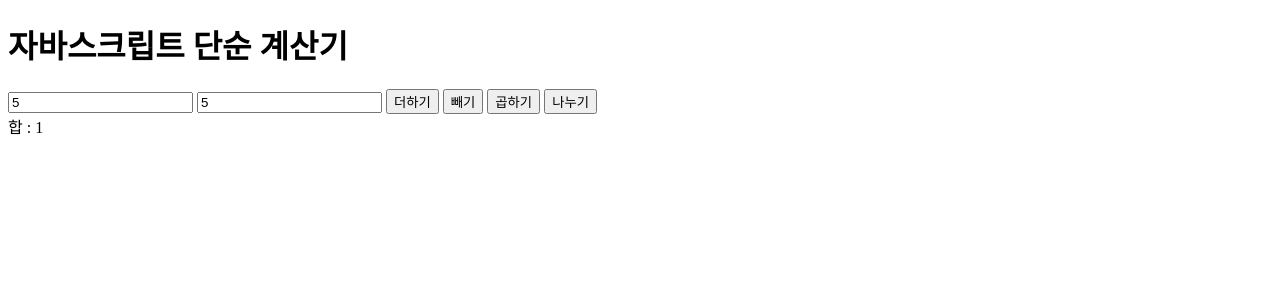
Repository: XenosJM/WEB_CODES
Page: Web03_JavaScript/src/main/webapp/HW1.html
These files come from the project's save history. The page is drawn as it stood at one moment and after the next save; the edit follows.
The browser window is 1280 px wide. The pictures show the whole page.
Empty fields were first filled with sample values (such as "Sample", 5 or name@example.com).
After loading, the first visible `button[onclick="div()"]` was clicked once.

Above is the page before, as saved 2024-03-20 05:48:58.

After the next save:
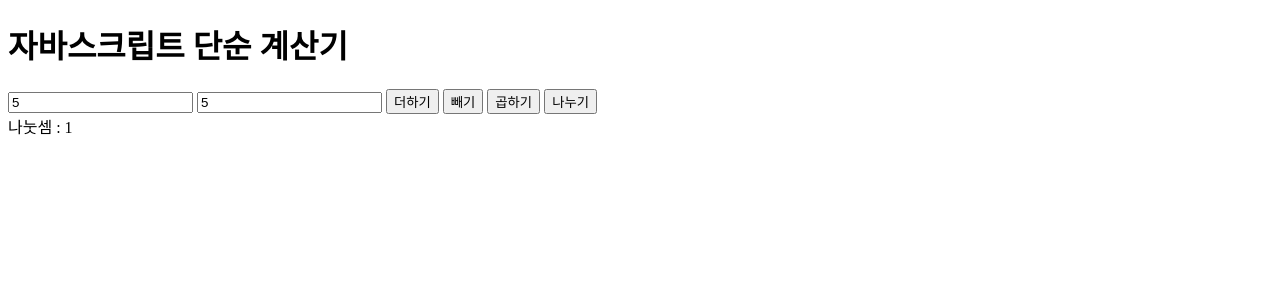
Saved 4 s later.
--- a/Web03_JavaScript/src/main/webapp/HW1.html
+++ b/Web03_JavaScript/src/main/webapp/HW1.html
@@ -68,7 +68,7 @@
 			console.log(y);
 			console.log(typeof y);
 			let sum = x / y;
-			output.innerHTML += '합 : ' + sum + '<br>';
+			output.innerHTML += '나눗셈 : ' + sum + '<br>';
 		}
 
 
